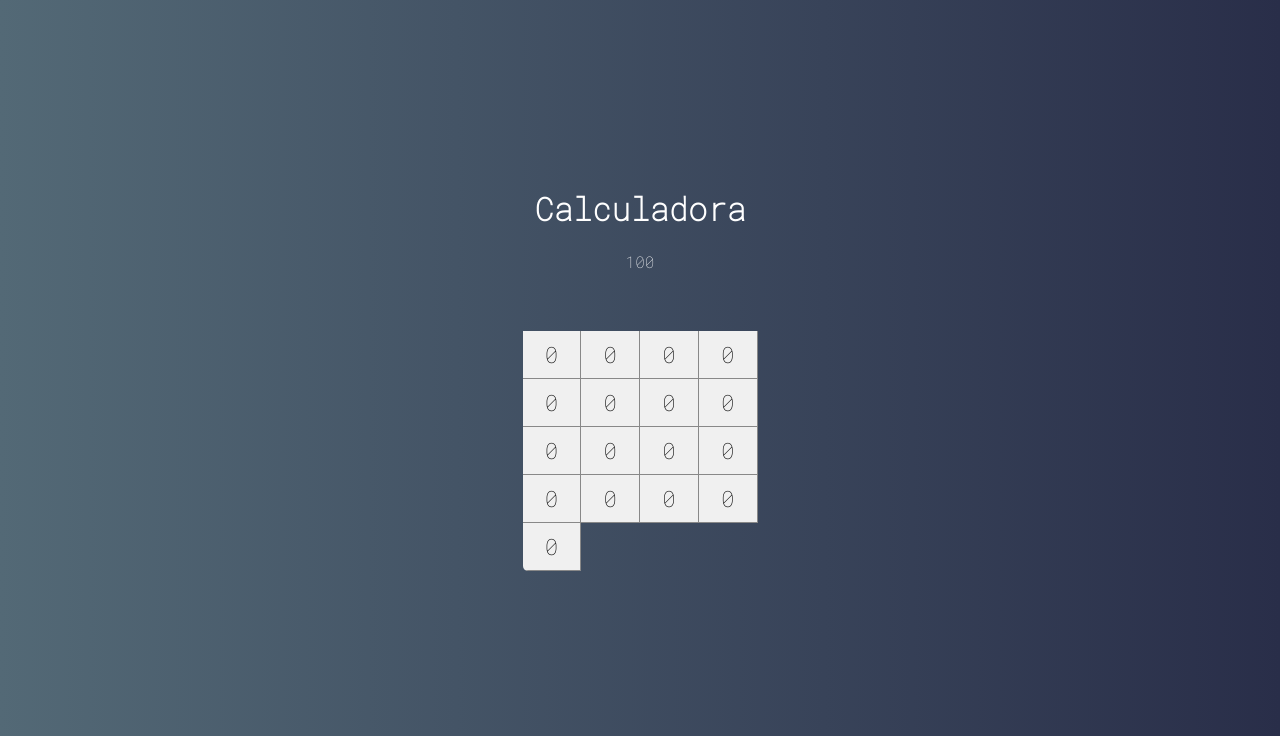
Repository: wellingtondevops/react-Calculator
Page: / (app in calculadora/)
These files come from the project's save history. The page is drawn as it stood at one moment and after the next save; the edit follows.
The browser window is 1280 px wide. The pictures show the whole page.
The project was rebuilt for these pictures with package versions that can differ from the ones it lists, and the page was loaded fresh each time.

Above is the page before, as saved 2020-05-07 14:36:35.

After the next save:
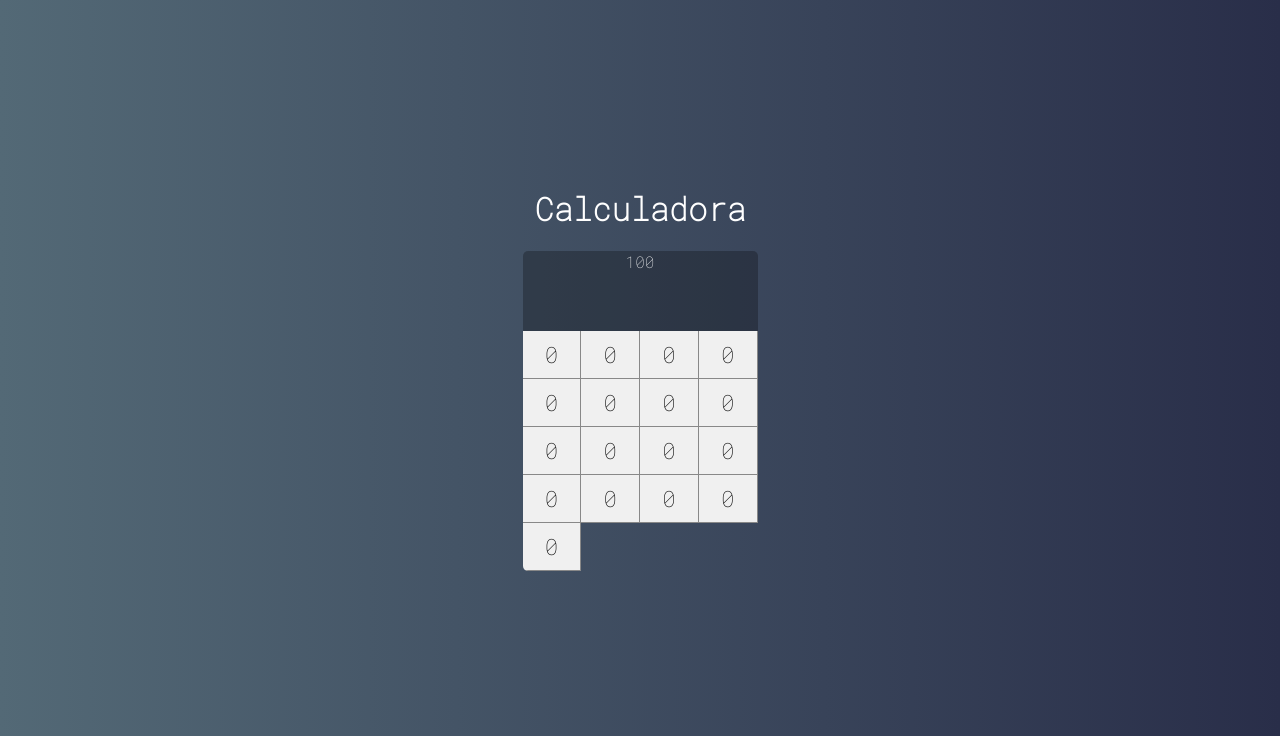
Saved 31 s later.
--- a/calculadora/src/components/Display.css
+++ b/calculadora/src/components/Display.css
@@ -1,3 +1,4 @@
 .display {
     grid-column: span 4;
+    background-color: #0004;
 }
